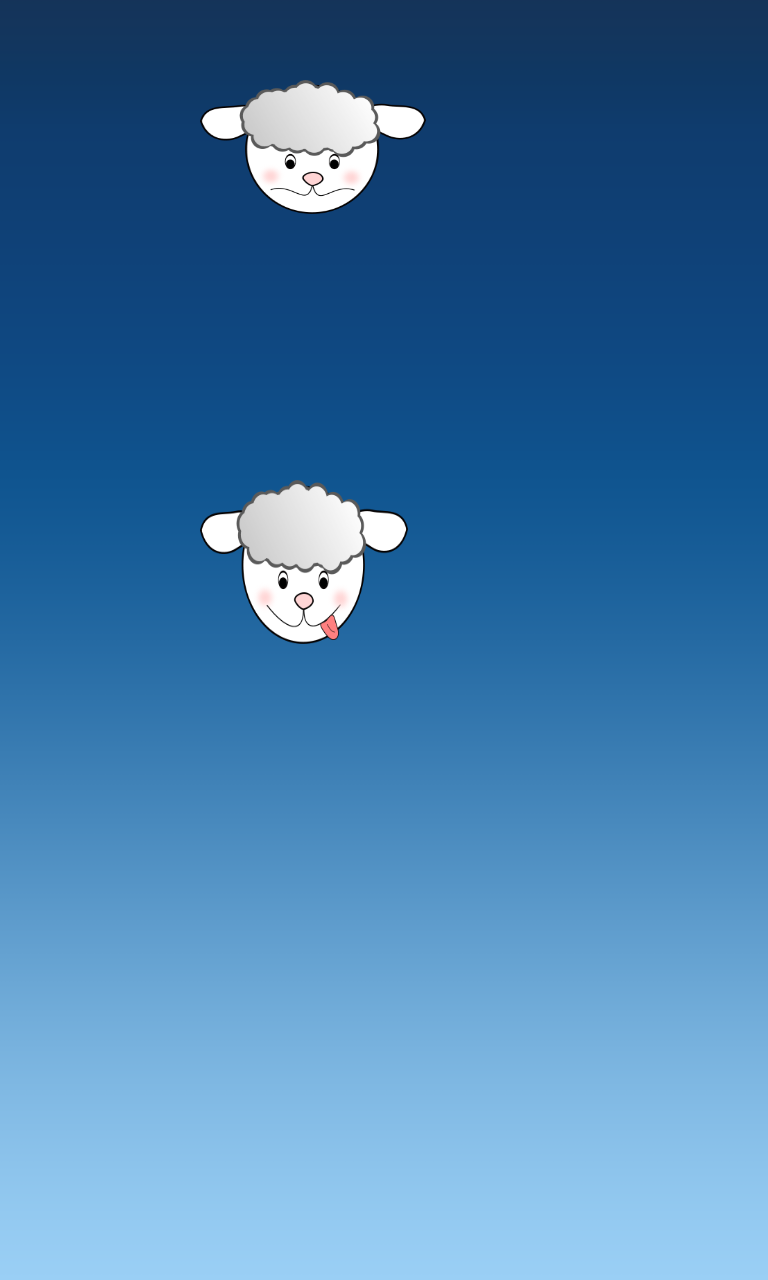
Repository: exilonX/CodeWarsFelula
Layout: Baa/res/layout/end_game.xml
An editor plug-in stored every save of this project. The layout is shown before and after the next save, followed by the edit.
It is drawn on a 768 x 1280 px phone screen (xhdpi) without system bars, with theme AppTheme; the app's code is not run.

Above is the layout before, as saved 2014-02-22 17:42:55.

After the next save:
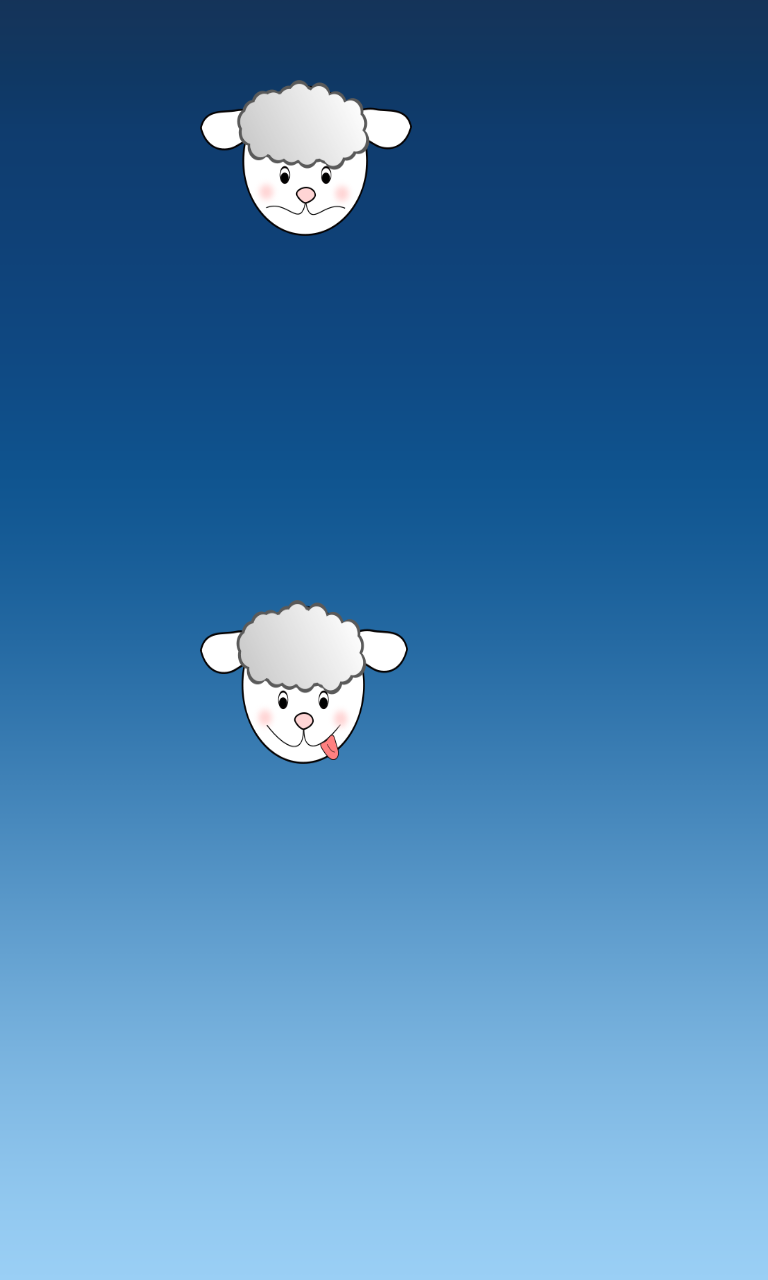
Saved 44 s later.
--- a/Baa/res/layout/end_game.xml
+++ b/Baa/res/layout/end_game.xml
@@ -7,14 +7,13 @@
 
     <Button
         android:id="@+id/player1"
-        android:layout_width="113dp"
-        android:layout_height="67dp"
+        android:layout_width="106dp"
+        android:layout_height="78dp"
         android:layout_marginBottom="90dp"
         android:layout_marginLeft="100dp"
         android:layout_marginRight="40dp"
-        android:background="@drawable/sad"
         android:layout_marginTop="40dp"
-        />
+        android:background="@drawable/sad" />
 
     <Button
         android:id="@+id/player2"
@@ -23,7 +22,7 @@
         android:layout_marginBottom="0dp"
         android:layout_marginLeft="100dp"
         android:layout_marginRight="40dp"
-        android:layout_marginTop="240dp"
+        android:layout_marginTop="300dp"
         android:background="@drawable/happy" />
 
 </FrameLayout>
